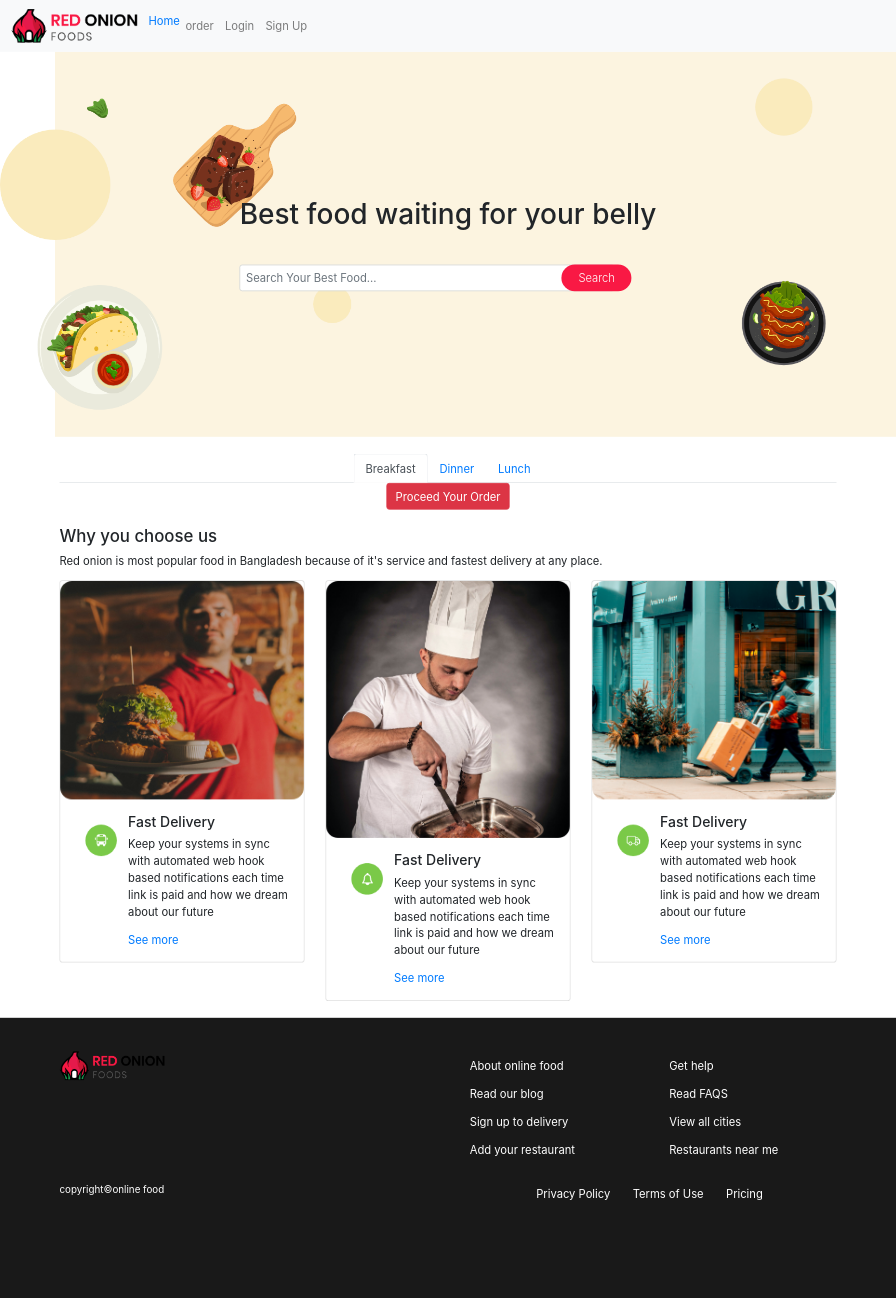
Repository: arif286/red-onion-client
Page: /
An editor plug-in stored every save of this project. The page is shown before and after the next save, followed by the edit.
The browser window is 1280 px wide. The pictures show the whole page, at 70% of full size.
The page's requests for data from a server got no answer. The project was rebuilt for these pictures with package versions that can differ from the ones it lists, and the page was loaded fresh each time. Some packages were replaced by stand-ins written for this rebuild. No one was signed in, and anything a server would have sent is missing. Also part of the build but not shown: src/App.css, src/components/CheckOut/CheckOut.css, src/components/CheckOut/CheckOutForm/CheckOutFrom.js, src/components/CheckOut/CheckOut.js, src/components/FoodDetails/FoodDetail.css, src/components/FoodDetails/FoodDetail.js, src/components/Header/Header.css, src/components/Food/FoodItem.js and 8 more. Imported but missing from the stored project, and not drawn on this page: src/components/CheckOut/Map/Map.

Above is the page before, as saved 2021-04-07 01:51:52.

### public/index.html
<!DOCTYPE html>
<html lang="en">
  <head>
    <meta charset="utf-8" />
    <link rel="icon" href="%PUBLIC_URL%/favicon.ico" />
    <meta name="viewport" content="width=device-width, initial-scale=1" />
    <meta name="theme-color" content="#000000" />
    <meta
      name="description"
      content="Web site created using create-react-app"
    />
    <link rel="apple-touch-icon" href="%PUBLIC_URL%/logo192.png" />
    <!--
      manifest.json provides metadata used when your web app is installed on a
      user's mobile device or desktop. See https://developers.google.com/web/fundamentals/web-app-manifest/
    -->
    <link rel="manifest" href="%PUBLIC_URL%/manifest.json" />

    <!-- <link
      href="https://api.tiles.mapbox.com/mapbox-gl-js/v2.1.1/mapbox-gl.css"
      rel="stylesheet"
    /> -->
    <!--
      Notice the use of %PUBLIC_URL% in the tags above.
      It will be replaced with the URL of the `public` folder during the build.
      Only files inside the `public` folder can be referenced from the HTML.

      Unlike "/favicon.ico" or "favicon.ico", "%PUBLIC_URL%/favicon.ico" will
      work correctly both with client-side routing and a non-root public URL.
      Learn how to configure a non-root public URL by running `npm run build`.
    -->
    <title>Red Onion</title>
  </head>
  <body>
    <noscript>You need to enable JavaScript to run this app.</noscript>
    <div id="root"></div>
    <!--
      This HTML file is a template.
      If you open it directly in the browser, you will see an empty page.

      You can add webfonts, meta tags, or analytics to this file.
      The build step will place the bundled scripts into the <body> tag.

      To begin the development, run `npm start` or `yarn start`.
      To create a production bundle, use `npm run build` or `yarn build`.
    -->
  </body>
</html>

### src/App.js
import "bootstrap/dist/css/bootstrap.min.css";
import React, { createContext, useState } from "react";
import { BrowserRouter as Router, Route, Switch } from "react-router-dom";
import './App.css';
import CheckOut from "./components/CheckOut/CheckOut";
import Map from "./components/CheckOut/Map/Map";
import FoodDetail from "./components/FoodDetails/FoodDetail";
import Footer from "./components/Footer/Footer";
import Header from "./components/Header/Header";
import Home from './components/Home/Home';
import Login from "./components/LogIn/Login";
import Order from "./components/Order/Order";
import SingUp from "./components/SingUp/SingUp";


export const UserContext = createContext();
function App() {
  const [loggedInUser, setLoggedInUser] = useState({});
  return (
    <UserContext.Provider value={[loggedInUser, setLoggedInUser]}>
      <Router>
        <Header />
        <Switch>
          <Route path="/home">
            <Home />
          </Route>
          <Route path="/signUp">
            <SingUp />
          </Route>
          <Route path="/login">
            <Login />
          </Route>
          <Route path="/food/details/:foodId">
            <FoodDetail />
          </Route>
          <Route path='/checkOut'>
            <CheckOut/>
          </Route>
          <Route path='/order'>
            <Order/>
          </Route>
          <Route path='/map'>
            <Map/>
          </Route>
          <Route exact path="/">
            <Home/>
          </Route>
        </Switch>
        <Footer />
      </Router>
    </UserContext.Provider>
  );

}

export default App;

### src/components/Footer/Footer.js
import React from 'react';
import { NavLink } from 'react-bootstrap';
import Logo from '../../onion-restaurent/logo2.png';
import './Footer.css';

const Footer = () => {
    return (
      <footer>
        <div className="container">
          <div className="row pt-5">
            <div className="col-md-6 col-sm-12 pb-4">
              <img className="footer-img" src={Logo} alt="" />
            </div>
            <div className="col-md-3 col-sm-12 pb-4">
              <ul className="nav flex-column">
                <li className="nav-item">
                  <NavLink
                    className="nav-link active footer-link"
                    aria-current="page"
                    to="/"
                  >
                    About online food
                  </NavLink>
                </li>
                <li className="nav-item">
                  <NavLink className="nav-link footer-link" to="/">
                    Read our blog
                  </NavLink>
                </li>
                <li className="nav-item">
                  <NavLink className="nav-link footer-link" to="/">
                    Sign up to delivery
                  </NavLink>
                </li>
                <li className="nav-item">
                  <NavLink className="nav-link footer-link" to="/">
                    Add your restaurant
                  </NavLink>
                </li>
              </ul>
            </div>
            <div className="col-md-3 col-sm-12 pb-4">
              <ul className="nav flex-column">
                <li className="nav-item">
                  <NavLink
                    className="nav-link footer-link"
                    aria-current="page"
                    to="/"
                  >
                    Get help
                  </NavLink>
                </li>
                <li className="nav-item">
                  <NavLink className="nav-link footer-link" to="/">
                    Read FAQS
                  </NavLink>
                </li>
                <li className="nav-item">
                  <NavLink className="nav-link footer-link" to="/">
                    View all cities
                  </NavLink>
                </li>
                <li className="nav-item">
                  <NavLink className="nav-link footer-link" to="/">
                    Restaurants near me
                  </NavLink>
                </li>
              </ul>
            </div>
          </div>

          <div className="row">
            <div className="col-md-7">
              <p className='copy-right'>
                <small>
                  copyright<span>&#169;</span>online food
                </small>
              </p>
            </div>
            <div className="col-md-5">
              <div className='d-flex'>
                <NavLink className="footer-link">Privacy Policy</NavLink>
                <NavLink className="footer-link">Terms of Use</NavLink>
                <NavLink className="footer-link">Pricing</NavLink>
              </div>
            </div>
          </div>
        </div>
      </footer>
    );
};

export default Footer;

### src/components/Header/Header.js
import React from 'react';
import { Nav, Navbar } from 'react-bootstrap';
import { NavLink } from 'react-router-dom';
// import { NavLink } from "react-router-dom";
import logo from '../../onion-restaurent/logo2.png';
import './Header.css';
const Header = () => {
    const header = {
        logo : {width: '180px'}
    }
    return (
      <div>
        {/* <nav className="navbar navbar-expand-lg navbar-light bg-light">
          <div className="container-fluid">
            <div>
              <img style={header.logo} src={logo} alt="" />
            </div>
            <button
              className="navbar-toggler"
              type="button"
              data-bs-toggle="collapse"
              data-bs-target="#navbarNav"
              aria-controls="navbarNav"
              aria-expanded="false"
              aria-label="Toggle navigation"
            >
              <span className="navbar-toggler-icon"></span>
            </button>
            <div
              className="collapse  navbar-collapse justify-content-end"
              id="navbarNav"
            >
              <ul className="navbar-nav">
                <li className="nav-item">
                  <NavLink className="header-link" to="/">
                    Home
                  </NavLink>
                </li>
                <li className="nav-item">
                  <NavLink className="header-link" to="/order">
                    Order
                  </NavLink>
                </li>
                <li className="nav-item">
                  <NavLink className="header-link" to="/login">
                    Login
                  </NavLink>
                </li>
                <li className="nav-item">
                  <NavLink className="header-link" to="/signUp">
                    Sing up
                  </NavLink>
                </li>
              </ul>
            </div>
          </div>
        </nav> */}
        <Navbar bg="light" expand="lg">
          <Navbar.Brand href="#home">
            <img
              src={logo}
              width="180"
              // height="30"
              className="d-inline-block align-top"
              alt="React Bootstrap logo"
            />
          </Navbar.Brand>
          <Navbar.Toggle aria-controls="basic-navbar-nav" />
          <Navbar.Collapse id="basic-navbar-nav">
            <Nav className="mr-auto">
              <NavLink to="/home">Home</NavLink>
              <Nav.Link href="#link">order</Nav.Link>
              <Nav.Link href="#link">Login</Nav.Link>
              <Nav.Link href="#link">Sign Up</Nav.Link>
            </Nav>
          </Navbar.Collapse>
        </Navbar>
      </div>
    );
};

export default Header;

### src/components/Home/Home.js
import React from 'react';
import DeliveryFood from '../DeliveryFood/DeliveryFood';
import Food from '../Food/Food';
import SearchBar from '../SearchBar/SearchBar';

const Home = () => {
    return (
      <>
        <SearchBar/>
        <Food />
        <DeliveryFood />
      </>
    );
};

export default Home;

### src/components/SearchBar/SearchBar.js
import React from 'react';
import background from '../../onion-restaurent/bannerbackground.png';
import './SearchBar.css';


const SearchBar = () => {
    const searchBg = {
        bgImage: {
            backgroundImage: `url(${background})`,
            backgroundRepeat: 'no-repeat, repeat',
            width: '100%',
            height: '550px',
            backgroundSize: 'cover'
        },
        submitBtn: {

        },
        searchBar: {
            width: '50%'
        }
    }
    return (
      <div
        className="d-flex justify-content-center align-items-center"
        style={searchBg.bgImage}
      >
        <div>
          <h1>Best food waiting for your belly</h1>
          <div className="d-flex mt-5">
            <input
              className="form-control searchBar"
              type="text"
              placeholder="Search Your Best Food..."
            />
            <input className="search-btn" type="submit" value="Search" />
          </div>
        </div>
      </div>
    );
};

export default SearchBar;

### src/components/Footer/Footer.css
.footer-img {
  width: 150px;
}
footer {
  background-color: #191919;
  height: 400px;
}
.footer-link {
  color: white;
}
.footer-link:hover {
  color: #878787;
}
.copy-right {
  color: white;
}

### src/components/DeliveryFood/DeliveryFood.js
import React from 'react';
import { Link } from 'react-router-dom';
import notifications from '../../onion-restaurent/ICON/Group 1133.png';
import deliveryImg from '../../onion-restaurent/ICON/Group 204.png';
import car from '../../onion-restaurent/ICON/Group 245.png';
import burger from '../../onion-restaurent/Image/burger.png';
import cart from '../../onion-restaurent/Image/cart-bear.png';
import chefCook from '../../onion-restaurent/Image/chef-cook.png';


const DeliveryFood = () => {
    return (
      <div className="container mt-4">
        <div>
          <h4>Why you choose us</h4>
          <p>
            Red onion is most popular food in Bangladesh because of it's service
            and fastest delivery at any place.
          </p>
        </div>
        <div className="row row-cols-1 row-cols-md-3 g-4">
          <div className="col pb-4">
            <div className="card">
              <img src={burger} alt="" />
              <div className="d-flex card-body">
                <div className="p-3">
                  <img src={deliveryImg} alt="" />
                </div>
                <div>
                  <h5>Fast Delivery</h5>
                  <p>
                    Keep your systems in sync with automated web hook based
                    notifications each time link is paid and how we dream about
                    our future
                  </p>
                  <Link to='/'>See more</Link>
                </div>
              </div>
            </div>
          </div>
          <div className="col pb-4">
            <div className="card">
              <img src={chefCook} alt="" />
              <div className="d-flex card-body">
                <div className="p-3">
                  <img src={notifications} alt="" />
                </div>
                <div>
                  <h5>Fast Delivery</h5>
                  <p>
                    Keep your systems in sync with automated web hook based
                    notifications each time link is paid and how we dream about
                    our future
                  </p>
                  <Link>See more</Link>
                </div>
              </div>
            </div>
          </div>
          <div className='col pb-4'>
            <div className="card">
              <img src={cart} alt="" />
              <div className="d-flex card-body">
                <div className="p-3">
                  <img src={car} alt="" />
                </div>
                <div>
                  <h5>Fast Delivery</h5>
                  <p>
                    Keep your systems in sync with automated web hook based
                    notifications each time link is paid and how we dream about
                    our future
                  </p>
                  <Link>See more</Link>
                </div>
              </div>
            </div>
          </div>
        </div>
      </div>
    );
};

export default DeliveryFood;

### src/components/Food/Food.js

import axios from "axios";
import React, { useEffect, useState } from "react";
import { Tab, Tabs } from "react-bootstrap";
import { useHistory } from "react-router";
import "./Food.css";
import FoodItem from "./FoodItem";

const Food = () => {
  const [foods, setFoods] = useState([]);
  useEffect(() => {
    axios.get('http://localhost:5000/foods')
      .then(res => setFoods(res.data))
    .catch(err=>console.log(err))
  }, []);
  let history = useHistory()

  const handleFood = (id) => {
    history.push(`/food/details/${id}`)
  }

  return (
    <>
      <div className="container mt-4">
        <Tabs
          className="justify-content-center food-items"
          defaultActiveKey="breakfast"
          id="uncontrolled-tab-example"
        >
          <Tab eventKey="breakfast" title="Breakfast">
            <div className="row row-cols-1 row-cols-md-3 g-4">
              {foods.slice(0, 6).map((food) => (
                <FoodItem
                  handleFood={() => {
                    handleFood(food._id);
                  }}
                  food={food}
                  key={food.id}
                ></FoodItem>
              ))}
            </div>
          </Tab>
          <Tab eventKey="dinner" title="Dinner">
            <div className="row row-cols-1 row-cols-md-3 g-4">
              {foods.slice(6, 12).map((food) => (
                <FoodItem
                  handleFood={() => {
                    handleFood(food._id);
                  }}
                  food={food}
                  key={food.id}
                ></FoodItem>
              ))}
            </div>
          </Tab>
          <Tab eventKey="lunch" title="Lunch">
            <div className="row row-cols-1 row-cols-md-3 g-4">
              {foods.slice(12, 18).map((food) => (
                <FoodItem
                  handleFood={() => {
                    handleFood(food._id);
                  }}
                  food={food}
                  key={food.id}
                ></FoodItem>
              ))}
            </div>
          </Tab>
        </Tabs>
        <div className="d-flex justify-content-center">
          <button className="btn btn-danger">Proceed Your Order</button>
        </div>
      </div>
    </>
  );
};

export default Food;

### src/components/SearchBar/SearchBar.css
.search-btn {
  outline: none;
  background-color: #f91944;
  display: inline-block;
  width: 100px;
  padding: 7px;
  border-radius: 50px;
  color: white;
  border: none;
  font-weight: 300;
  position: absolute;
  margin-left: 460px;
}
.searchBar {
  position: relative;
  width: 90%;
  padding: 8px;
}

### src/components/Food/Food.css
.food-items {
  margin-bottom: none;
}

Loaded but not shown: src/index.js (common file); src/index.css (common file); src/reportWebVitals.js (common file)

After the next save:
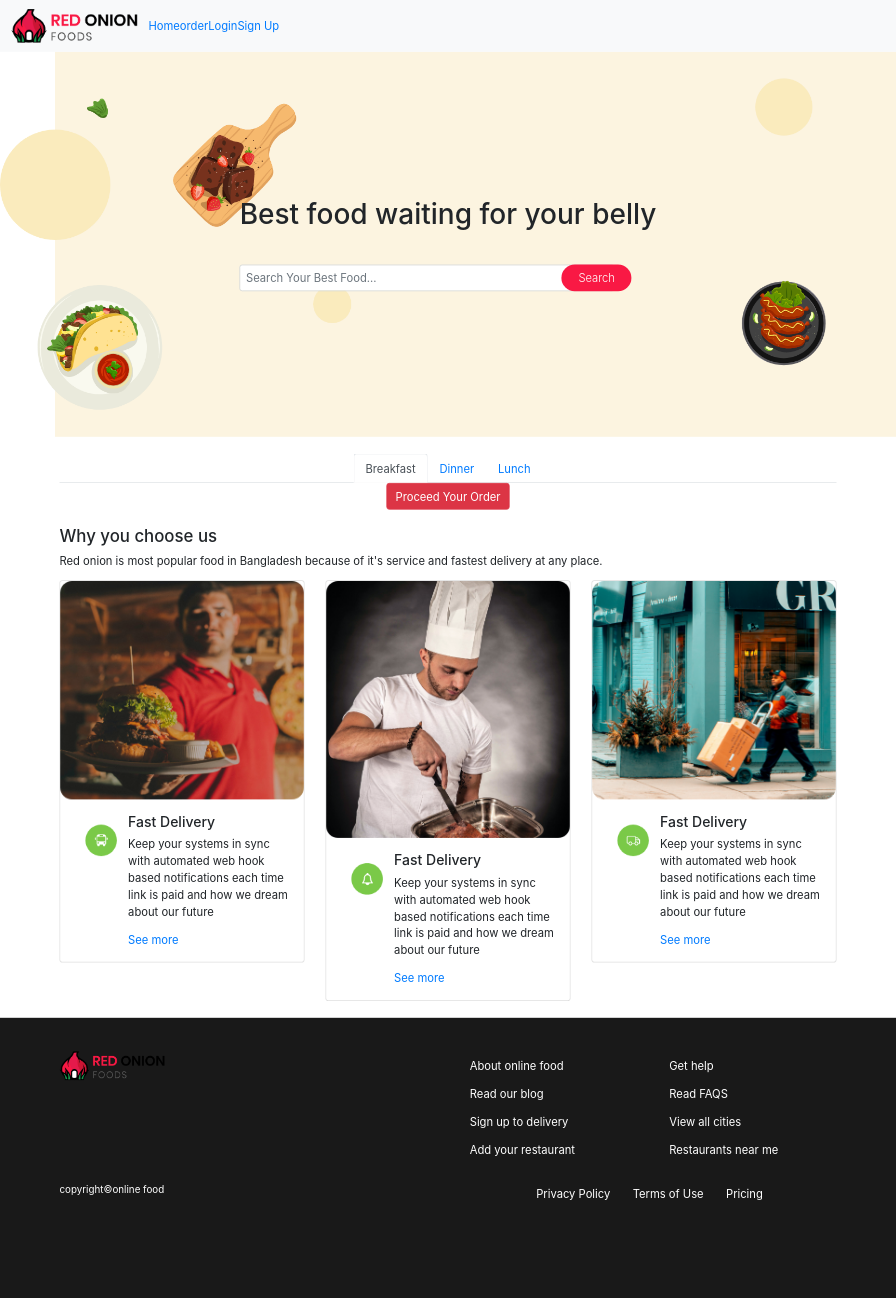
Saved 65 s later.
--- a/src/components/Header/Header.js
+++ b/src/components/Header/Header.js
@@ -69,9 +69,9 @@ const Header = () => {
           <Navbar.Collapse id="basic-navbar-nav">
             <Nav className="mr-auto">
               <NavLink to="/home">Home</NavLink>
-              <Nav.Link href="#link">order</Nav.Link>
-              <Nav.Link href="#link">Login</Nav.Link>
-              <Nav.Link href="#link">Sign Up</Nav.Link>
+              <NavLink to="/order">order</NavLink>
+              <NavLink to="/login">Login</NavLink>
+              <NavLink to="/singUp">Sign Up</NavLink>
             </Nav>
           </Navbar.Collapse>
         </Navbar>
